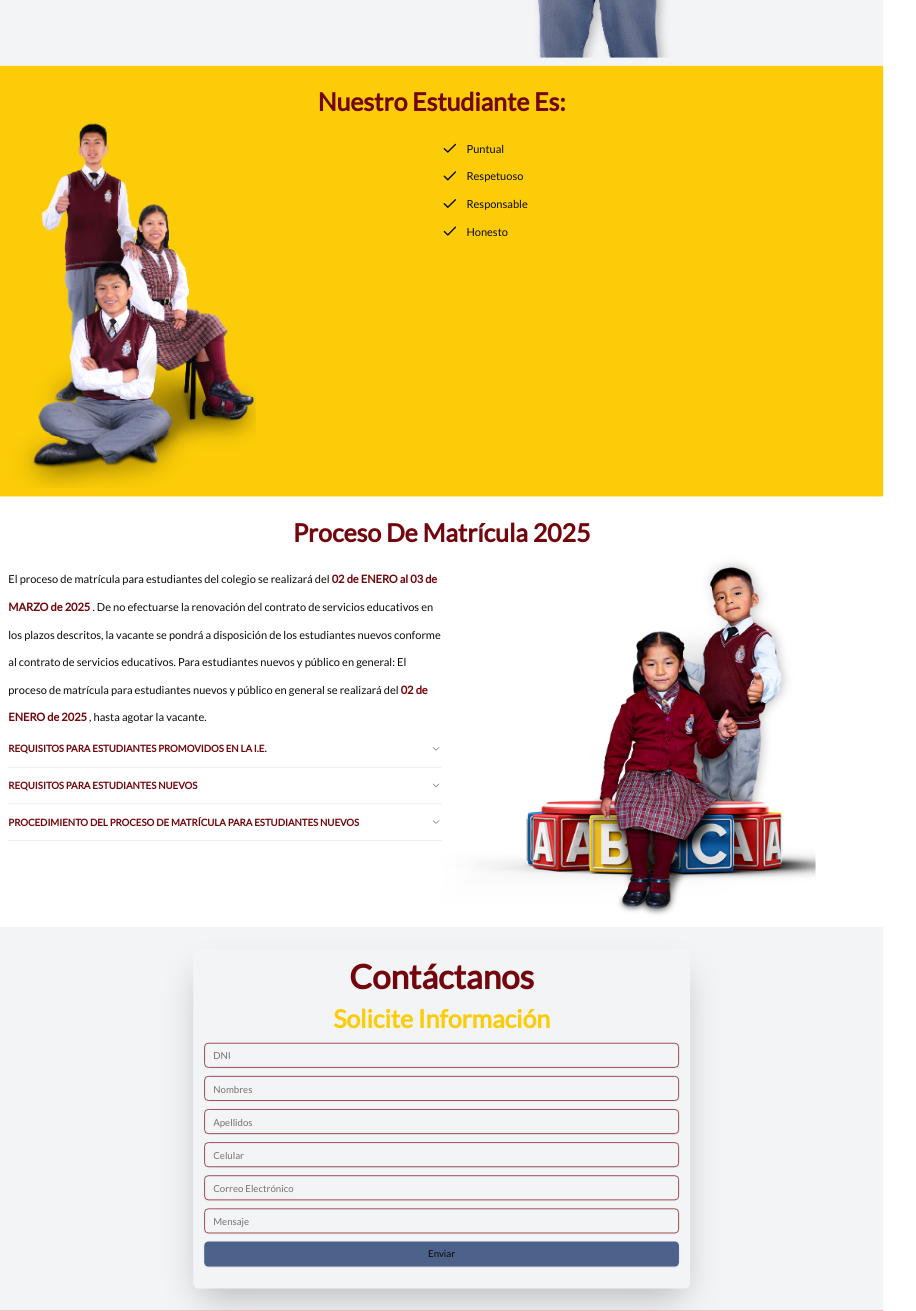
Repository: jefrydep/new_horizont_school
Page: /
An editor plug-in stored every save of this project. The page is shown before and after the next save, followed by the edit.
The browser window is 1280 px wide. The page is 1328 px wide, so the pictures cover 1328 px, including what lies to the right of the window. The pictures show the part of the page from y = 1940 to 3840 px (the page is 4770 px tall before and 4794 px after), at 69% of full size.
Pictures or frames that could not be fetched are drawn as grey boxes. The project was rebuilt for these pictures with package versions that can differ from the ones it lists, and the page was loaded fresh each time. The framework's server and built-in components were replaced by stand-ins that run in the browser. Also part of the build but not shown: next.config.ts.

Above is the page before, as saved 2024-11-28 20:48:38.

After the next save:
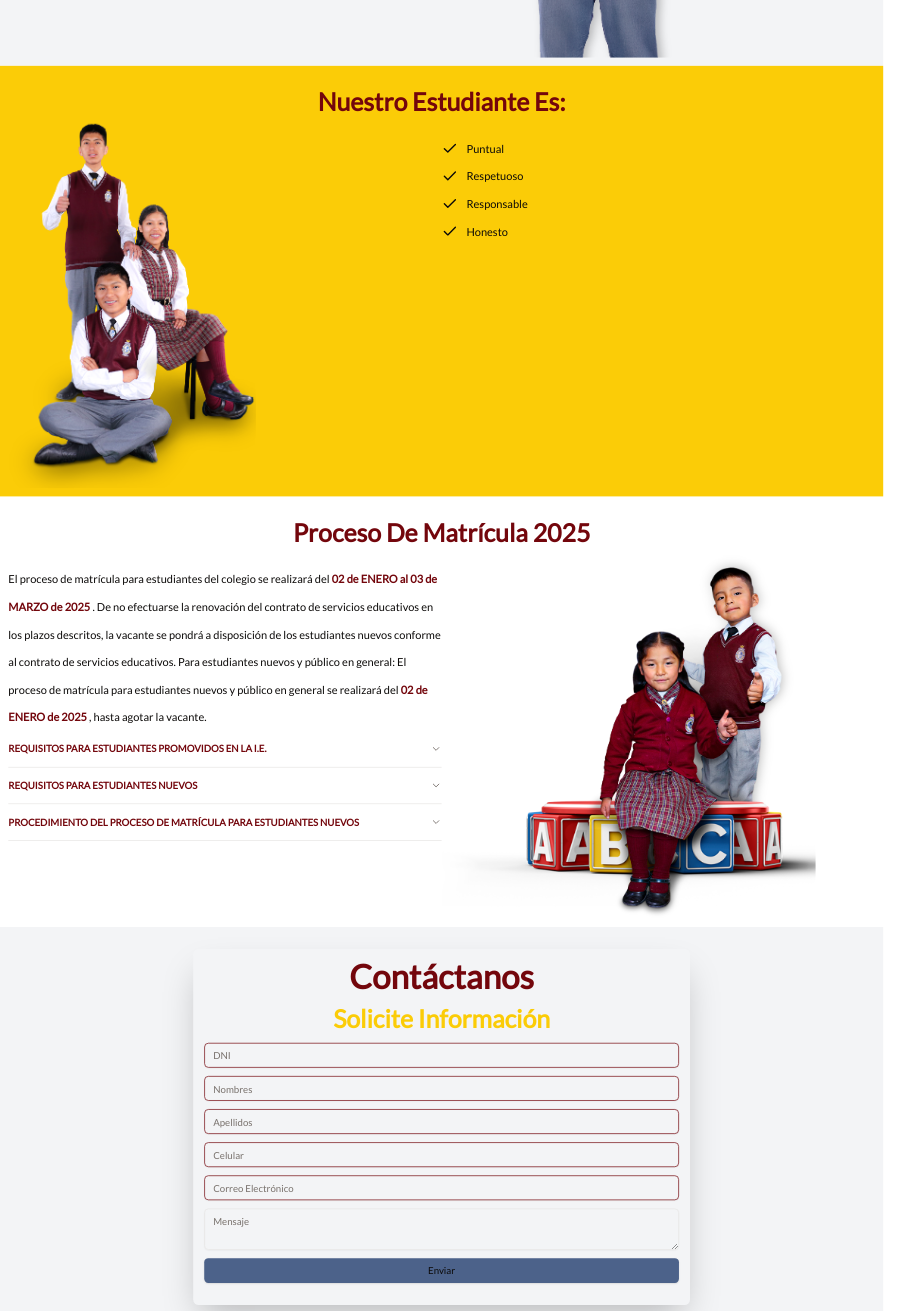
Saved 68 s later.
--- a/src/components/Form.tsx
+++ b/src/components/Form.tsx
@@ -2,6 +2,8 @@
 
 import React from "react";
 import { Formik, Form, Field, ErrorMessage } from "formik";
+import { Textarea } from "@/components/ui/textarea"
+
 import * as Yup from "yup";
 import emailjs from "@emailjs/browser";
 import { Button } from "./ui/button";
@@ -128,8 +130,9 @@ const ContactForm: React.FC = () => {
             </div>
             <div>
               <Field
-                as={Input}
+                // as={Input}
                 name="message"
+                as={Textarea}
                 // as="textarea"
                 placeholder="Mensaje"
                 className="input"
